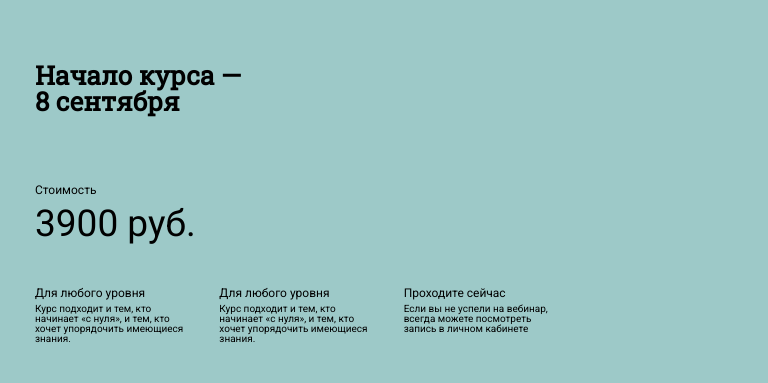
Repository: NatiqSamiyev/fiqma-task3
Page: index.html
The author's editor kept a copy of each file at every save. The page is drawn from the files as they stood at one save, then again after the next save.
The browser window is 768 px wide. The pictures show the whole page.

Above is the page before, as saved 2023-08-12 13:45:38.

After the next save:
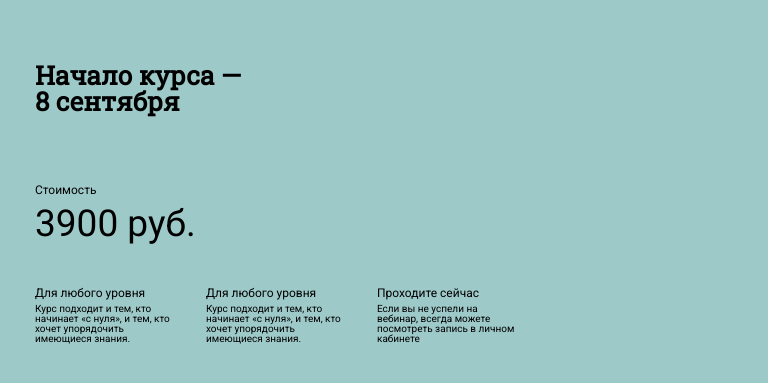
Saved 7 s later.
--- a/index.css
+++ b/index.css
@@ -132,7 +132,7 @@
 
   .container ul li {
     margin-right: 31px;
-    width: 170px;
+    width: 140px;
   }
 
   .container h4 {
